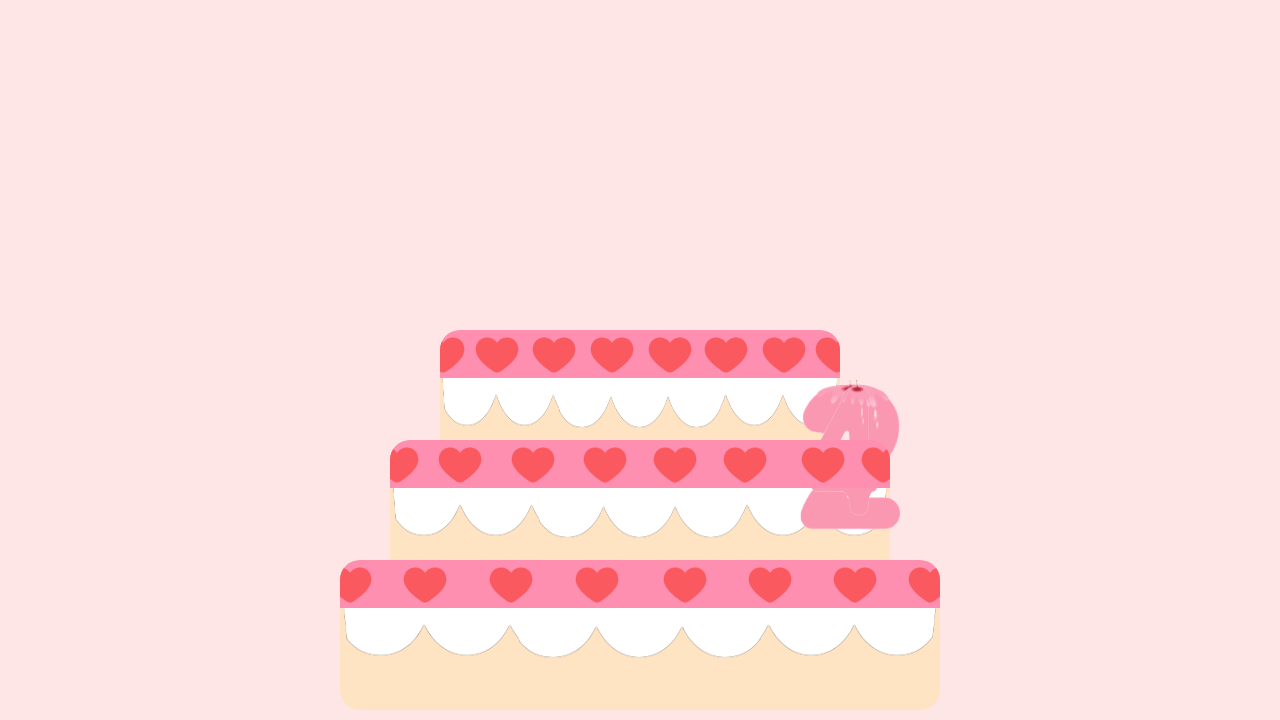
Repository: iphoneboy46/happybirthday
Page: index.html
An editor plug-in stored every save of this project. The page is shown before and after the next save, followed by the edit.
The browser window is 1280 px wide. The pictures show the whole page.

Above is the page before, as saved 2022-11-28 17:32:27.

### index.html
<!DOCTYPE html>
<html lang="en">
  <head>
    <meta charset="UTF-8" />
    <meta http-equiv="X-UA-Compatible" content="IE=edge" />
    <meta name="viewport" content="width=device-width, initial-scale=1.0" />
    <title>Happy Birthday</title>
    <link rel="stylesheet" href="style.css" />
  </head>
  <body>
    <div class="container">
      <div class="cake">
        <div class="top--cake">
          <div class="img-wavy">
            <img src="image/img1.png" alt="" />
          </div>

          <div class="img-heart-1--top">
            <img src="image/heart.png" alt="" />
          </div>
          <div class="img-heart-2--top">
            <img src="image/heart.png" alt="" />
          </div>
          <div class="img-heart-3--top">
            <img src="image/heart.png" alt="" />
          </div>
          <div class="img-heart-4--top">
            <img src="image/heart.png" alt="" />
          </div>
          <div class="img-heart-5--top">
            <img src="image/heart.png" alt="" />
          </div>
          <div class="img-heart-6--top">
            <img src="image/heart.png" alt="" />
          </div>
          <div class="img-heart-7--top">
            <img src="image/heart.png" alt="" />
          </div>
          <div class="img-heart-8--top">
            <img src="image/heart.png" alt="" />
          </div>

          <div class="border-cake"></div>
        </div>
        <div class="center--cake">
          <div class="img-wavy">
            <img src="image/img1.png" alt="" />
          </div>
          <div class="img-heart-1--center">
            <img src="image/heart.png" alt="" />
          </div>
          <div class="img-heart-2--center">
            <img src="image/heart.png" alt="" />
          </div>
          <div class="img-heart-3--center">
            <img src="image/heart.png" alt="" />
          </div>
          <div class="img-heart-4--center">
            <img src="image/heart.png" alt="" />
          </div>
          <div class="img-heart-5--center">
            <img src="image/heart.png" alt="" />
          </div>
          <div class="img-heart-6--center">
            <img src="image/heart.png" alt="" />
          </div>
          <div class="img-heart-7--center">
            <img src="image/heart.png" alt="" />
          </div>
          <div class="img-heart-8--center">
            <img src="image/heart.png" alt="" />
          </div>

          <div class="border-cake"></div>
        </div>
        <div class="bottom--cake">
          <div class="img-wavy">
            <img src="image/img1.png" alt="" />
          </div>

          <div class="img-heart-1">
            <img src="image/heart.png" alt="" />
          </div>
          <div class="img-heart-2">
            <img src="image/heart.png" alt="" />
          </div>
          <div class="img-heart-3">
            <img src="image/heart.png" alt="" />
          </div>
          <div class="img-heart-4">
            <img src="image/heart.png" alt="" />
          </div>
          <div class="img-heart-5">
            <img src="image/heart.png" alt="" />
          </div>
          <div class="img-heart-6">
            <img src="image/heart.png" alt="" />
          </div>
          <div class="img-heart-7">
            <img src="image/heart.png" alt="" />
          </div>
          <div class="img-heart-8">
            <img src="image/heart.png" alt="" />
          </div>

          <div class="border-cake"></div>
        </div>
        <div class="number2">
            <img src="image/number2png.png" alt="">
        </div>
        <div class="number4">
            <img src="image/number4.png" alt="">
        </div>
      </div>
    </div>
  </body>
</html>

### style.css
*{
    padding: 0;
    margin: 0;
    box-sizing: border-box;
}

.container{
   width: 100%;
    background-color: #FFE6E6;
   height: 100vh;
   display: flex;
   justify-content: center;
   align-items: flex-end;
}

.cake{
    display: flex;
    flex-direction: column;
    justify-content:center;
    align-items:center
}


.top--cake{
    position: relative;
    overflow: hidden;
    width: 400px;
    height:110px;
    background-color: bisque;
    border-top-left-radius:20px;
    border-top-right-radius:20px;

}



.center--cake{
    position: relative;
    overflow: hidden;
    width: 500px;
    height:120px;
    background-color: bisque;
    border-top-left-radius:20px;
    border-top-right-radius:20px;

}


.bottom--cake{
    position: relative;
    overflow: hidden;
    width: 600px;
    height:150px;
    background-color: bisque;
    border-radius:20px;
    margin-bottom: 10px;
}



.img-wavy{
    width: 100%;
    height: 100px;
}

.img-wavy img{
    width: 100%;
    height: 100%;
}

.img-heart-1{
    z-index: 3;
    position: absolute;
    top: 0px;
    left: -15px;
    width:50px;
    height:50px;
}


.img-heart-1 img{
    width: 100%;
    height: 100%;
}

.img-heart-2{
    z-index: 3;
    position: absolute;
    top: 0px;
    left: 60px;
    width:50px;
    height:50px;
}


.img-heart-2 img{
    width: 100%;
    height: 100%;
}


.img-heart-3{
    z-index: 3;
    position: absolute;
    top: 0px;
    left: 146px;
    width:50px;
    height:50px;
}


.img-heart-3 img{
    width: 100%;
    height: 100%;
}

.img-heart-4{
    z-index: 3;
    position: absolute;
    top: 0px;
    left: 232px;
    width:50px;
    height:50px;
}


.img-heart-4 img{
    width: 100%;
    height: 100%;
}

.img-heart-5{
    z-index: 3;
    position: absolute;
    top: 0px;
    left: 320px;
    width:50px;
    height:50px;
}


.img-heart-5 img{
    width: 100%;
    height: 100%;
}

.img-heart-6{
    z-index: 3;
    position: absolute;
    top: 0px;
    left: 405px;
    width:50px;
    height:50px;
}


.img-heart-6 img{
    width: 100%;
    height: 100%;
}

.img-heart-7{
    z-index: 3;
    position: absolute;
    top: 0px;
    left: 490px;
    width:50px;
    height:50px;
}


.img-heart-7 img{
    width: 100%;
    height: 100%;
}

.img-heart-8{
    z-index: 3;
    position: absolute;
    top: 0px;
    right: -15px;
    width:50px;
    height:50px;
}


.img-heart-8 img{
    width: 100%;
    height: 100%;
}



.border-cake{
    z-index: 2;
    position: absolute;
    top: 0;
    width: 100%;
    height: 48px;
    background-color: #FF8FB1;
}


.img-heart-1--center{
    z-index: 3;
    position: absolute;
    top: 0px;
    left: -18px;
    width:50px;
    height:50px;
}


.img-heart-1--center img{
    width: 100%;
    height: 100%;
}

.img-heart-2--center{
    z-index: 3;
    position: absolute;
    top: 0px;
    left: 45px;
    width:50px;
    height:50px;
}


.img-heart-2--center img{
    width: 100%;
    height: 100%;
}


.img-heart-3--center{
    z-index: 3;
    position: absolute;
    top: 0px;
    left: 118px;
    width:50px;
    height:50px;
}


.img-heart-3--center img{
    width: 100%;
    height: 100%;
}

.img-heart-4--center{
    z-index: 3;
    position: absolute;
    top: 0px;
    left: 190px;
    width:50px;
    height:50px;
}


.img-heart-4--center img{
    width: 100%;
    height: 100%;
}

.img-heart-5--center{
    z-index: 3;
    position: absolute;
    top: 0px;
    left: 260px;
    width:50px;
    height:50px;
}


.img-heart-5--center img{
    width: 100%;
    height: 100%;
}

.img-heart-6--center{
    z-index: 3;
    position: absolute;
    top: 0px;
    left: 330px;
    width:50px;
    height:50px;
}


.img-heart-6--center img{
    width: 100%;
    height: 100%;
}

.img-heart-7--center{
    z-index: 3;
    position: absolute;
    top: 0px;
    left: 408px;
    width:50px;
    height:50px;
}


.img-heart-7--center img{
    width: 100%;
    height: 100%;
}

.img-heart-8--center{
    z-index: 3;
    position: absolute;
    top: 0px;
    right: -18px;
    width:50px;
    height:50px;
}


.img-heart-8--center img{
    width: 100%;
    height: 100%;
}


.img-heart-1--top{
    z-index: 3;
    position: absolute;
    top: 0px;
    left: -22px;
    width:50px;
    height:50px;
}


.img-heart-1--top img{
    width: 100%;
    height: 100%;
}

.img-heart-2--top{
    z-index: 3;
    position: absolute;
    top: 0px;
    left: 32px;
    width:50px;
    height:50px;
}


.img-heart-2--top img{
    width: 100%;
    height: 100%;
}


.img-heart-3--top{
    z-index: 3;
    position: absolute;
    top: 0px;
    left: 89px;
    width:50px;
    height:50px;
}


.img-heart-3--top img{
    width: 100%;
    height: 100%;
}

.img-heart-4--top{
    z-index: 3;
    position: absolute;
    top: 0px;
    left: 147px;
    width:50px;
    height:50px;
}


.img-heart-4--top img{
    width: 100%;
    height: 100%;
}

.img-heart-5--top{
    z-index: 3;
    position: absolute;
    top: 0px;
    left: 205px;
    width:50px;
    height:50px;
}


.img-heart-5--top img{
    width: 100%;
    height: 100%;
}

.img-heart-6--top{
    z-index: 3;
    position: absolute;
    top: 0px;
    left: 261px;
    width:50px;
    height:50px;
}


.img-heart-6--top img{
    width: 100%;
    height: 100%;
}

.img-heart-7--top{
    z-index: 3;
    position: absolute;
    top: 0px;
    left: 319px;
    width:50px;
    height:50px;
}


.img-heart-7--top img{
    width: 100%;
    height: 100%;
}

.img-heart-8--top{
    z-index: 3;
    position: absolute;
    top: 0px;
    right: -22px;
    width:50px;
    height:50px;
}


.img-heart-8--top img{
    width: 100%;
    height: 100%;
}

.number2{
    position: absolute;
    width: 100px;
    height: 150px;
    top: 380px;
    left: 800px;
}

.number2 img{
    width: 100%;
    height: 100%;
}

.number4{
    position: absolute;
    width: 100px;
    height: 150px;
    top: 380px;
    left: 800px;
}

.number4 img{
    width: 100%;
    height: 100%;
}

After the next save:
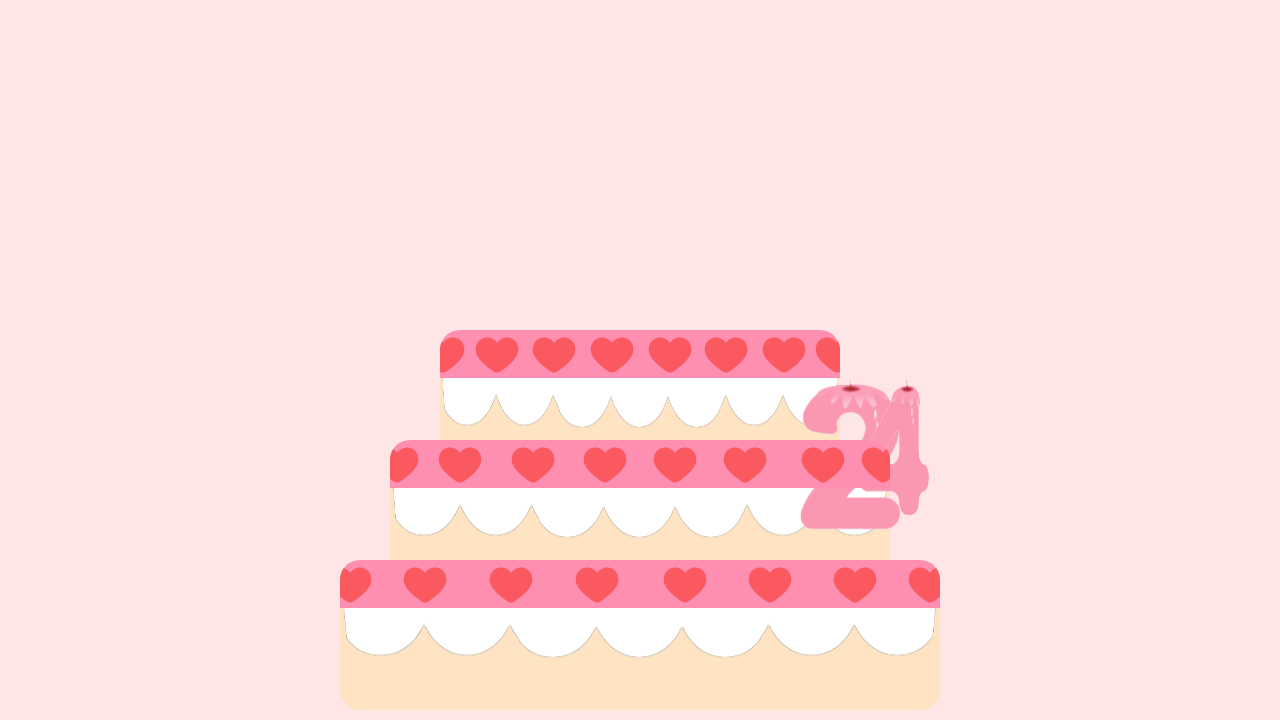
Saved 87 s later.
--- a/style.css
+++ b/style.css
@@ -462,7 +462,7 @@
     width: 100px;
     height: 150px;
     top: 380px;
-    left: 800px;
+    left: 850px;
 }
 
 .number4 img{
